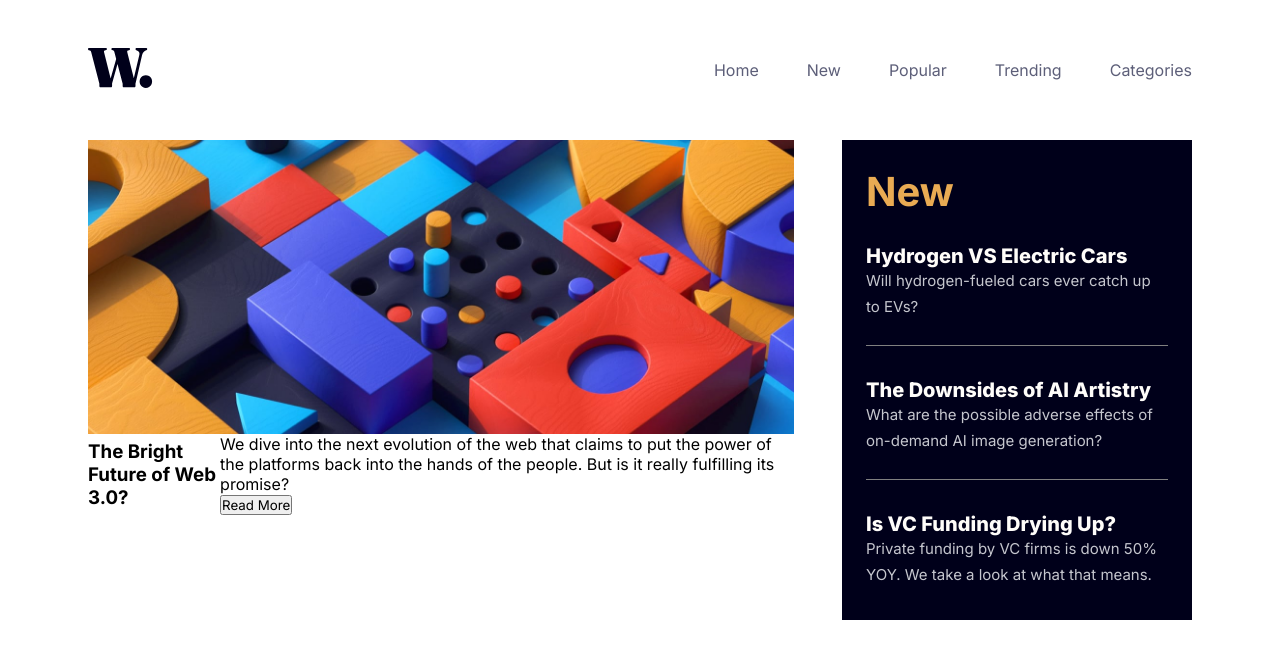
Repository: DevAntonioRogers/FrontendMentor-News-Homepage
Page: index.html
These files come from the project's save history. The page is drawn as it stood at one moment and after the next save; the edit follows.
The browser window is 1280 px wide. The pictures show the whole page.

Above is the page before, as saved 2023-04-21 12:39:40.

After the next save:
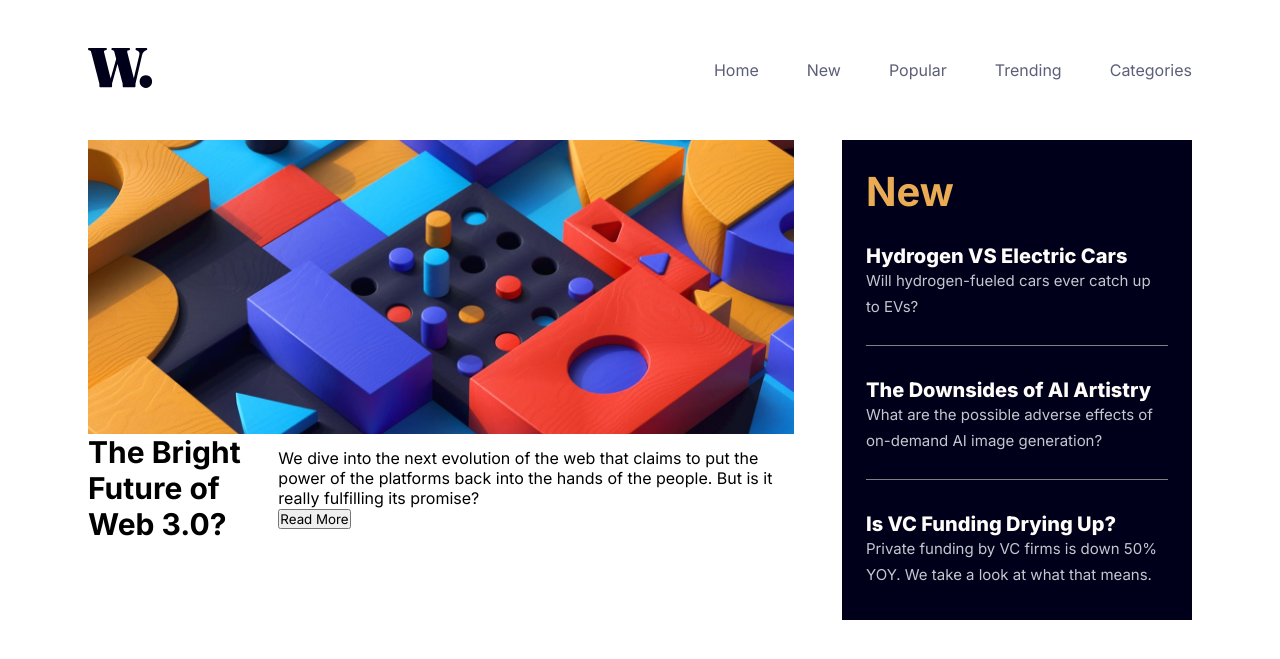
Saved 25 s later.
--- a/styles.css
+++ b/styles.css
@@ -72,6 +72,10 @@ nav{
   align-items: center;
 }
 
+.hero-article h1{
+  font-size: 30px;
+}
+
 
 
 
